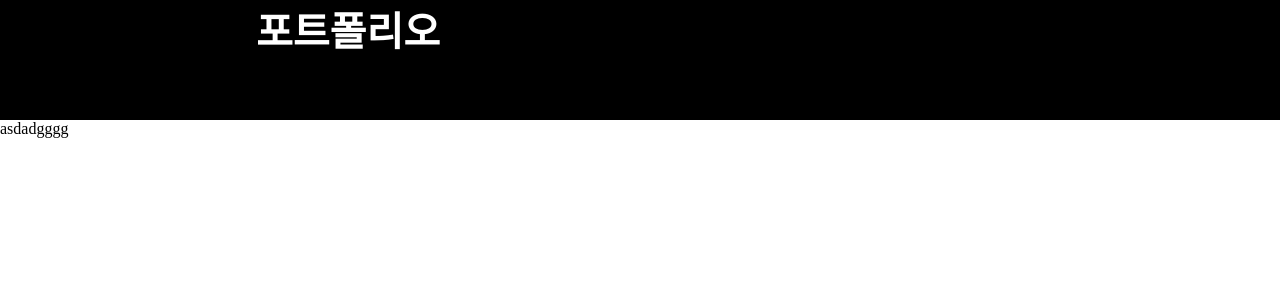
Repository: ItChoi/CSS-Study
Page: Css/WebContent/html/boostcourse/project-A1/portfolio.html
These files come from the project's save history. The page is drawn as it stood at one moment and after the next save; the edit follows.
The browser window is 1280 px wide. The pictures show the whole page.

Above is the page before, as saved 2019-06-17 12:08:40.

### Css/WebContent/html/boostcourse/project-A1/portfolio.html
<!DOCTYPE html>
<html>
<head>
	<link href="../../../css/boostcourse/project-A1/portfolio.css" rel="stylesheet" type="text/css">

</head>
<body>
	<div class="wrap">

		<div class="header">

		</div>

		<div class="content">

			<div class="con_header">
				<span class="title">포트폴리오</span>
			</div>

			<div class="con_content">


			</div>

		</div>

		<div class="footer">
		asdadgggg
		</div>


	</div>

</body>
</html>

### Css/WebContent/css/boostcourse/project-A1/portfolio.css
html, body, .wrap {
	margin: 0px;
	padding: 0px;
}

.header {
	width: 100%;
	height: 120px;
	background: #000;

	position: relative;

}

.content {
	position: absolute;
	top: 0;
	left: 20%;
	right: 20%;
}

.con_header {
	width: 1000px;
	height: 120px;
	margin: auto;
}

.title {
	color: white;
	font-size: 40px;
	font-weight: bold;
}

After the next save:
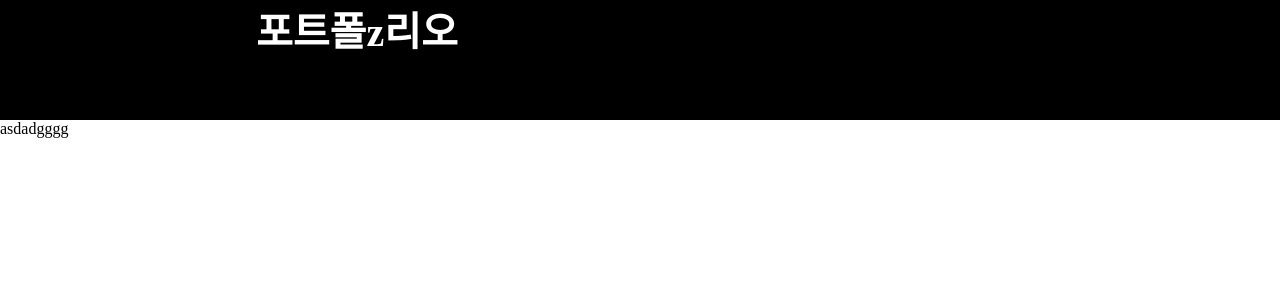
Saved 5 s later.
--- a/Css/WebContent/html/boostcourse/project-A1/portfolio.html
+++ b/Css/WebContent/html/boostcourse/project-A1/portfolio.html
@@ -14,7 +14,7 @@
 		<div class="content">
 
 			<div class="con_header">
-				<span class="title">포트폴리오</span>
+				<span class="title">포트폴z리오</span>
 			</div>
 
 			<div class="con_content">
